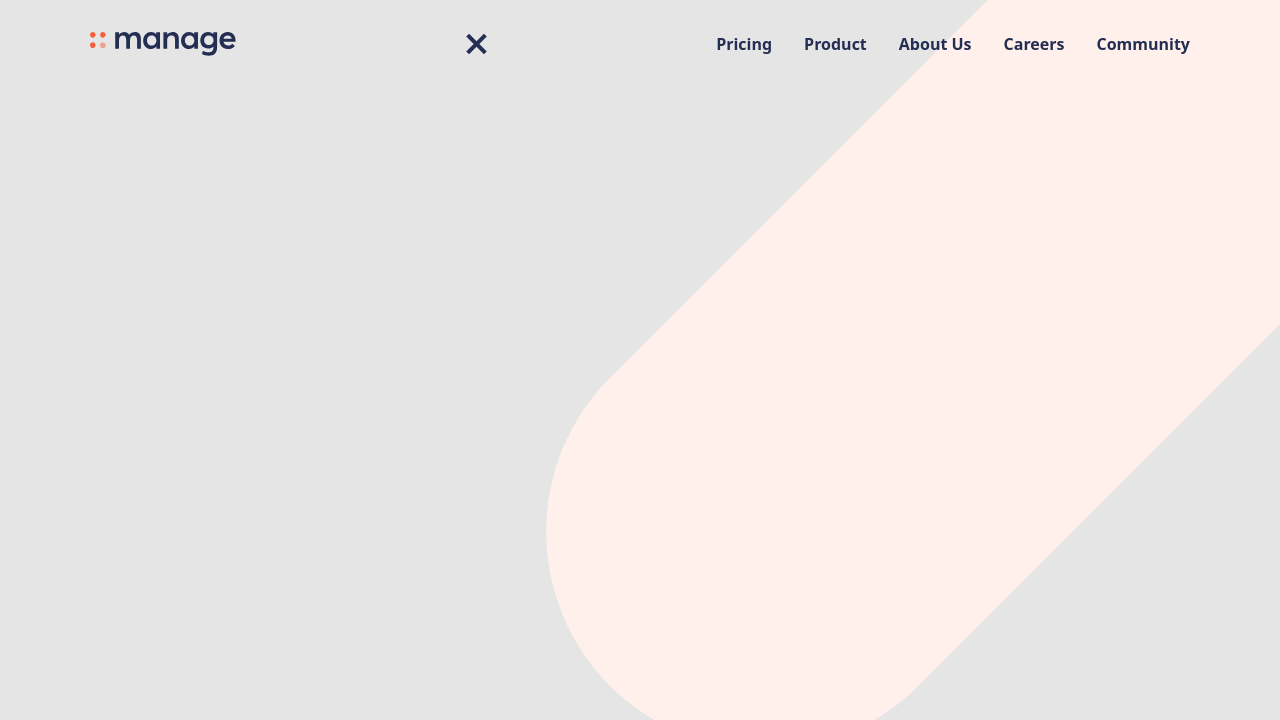
Repository: aqib-01/manage-landing-page
Page: /, after clicking the first element matching `button.ham-btn`
An editor plug-in stored every save of this project. The page is shown before and after a run of saves, followed by the edit.
The browser window is 1280 px wide. The pictures show the whole page.
The project was rebuilt for these pictures with package versions that can differ from the ones it lists, and the page was loaded fresh each time.

Above is the page before, as saved 2022-05-12 19:09:35.

### public/index.html
<!DOCTYPE html>
<html lang="en">
  <head>
    <meta charset="utf-8" />
    <link rel="icon" href="%PUBLIC_URL%/favicon.ico" />
    <meta name="viewport" content="width=device-width, initial-scale=1" />
    <meta name="theme-color" content="#000000" />
    <meta name="description" content="Manage Landing Page" />
    <link rel="apple-touch-icon" href="%PUBLIC_URL%/logo192.png" />

    <link rel="manifest" href="%PUBLIC_URL%/manifest.json" />

    <title>Manage Landing Page</title>
  </head>
  <body>
    <noscript>You need to enable JavaScript to run this app.</noscript>
    <div id="root"></div>
  </body>
</html>

### src/index.js
import React from "react";
import ReactDOM from "react-dom";
import "./css/tailwind.css";
import "./css/style.css";
import App from "./App";

ReactDOM.render(
  <React.StrictMode>
    <App />
  </React.StrictMode>,
  document.getElementById("root")
);

### src/css/style.css
.wrapper {
  width: 90%;
  max-width: 1100px;
  @apply mx-auto;
}

img {
  max-width: 100%;
}

html,
body {
  overflow-x: hidden;
}

body {
  position: relative;
}

.nav-intro-sect {
  background-image: url(../../public/images/bg-tablet-pattern.svg);
  background-repeat: no-repeat;
  background-size: contain;
  background-position: top -70px right -80px;
}

@media (min-width: 768px) {
  .nav-intro-sect {
    background-position: top -20px right -60px;
  }
}

nav {
  @apply bg-white absolute top-full  rounded-md text-lg
  font-bold left-0 right-0 mx-5 xs:mx-7 sm:mx-16 md:m-0 overflow-hidden
   text-dark-blue h-0 md:relative md:inset-auto md:overflow-visible
   md:bg-transparent md:text-base  z-30;
}

nav ul {
  @apply py-10 px-8 flex flex-col items-center gap-5 md:gap-8 md:flex-row md:p-0;
}

nav li a {
  @apply hover:opacity-50;
}

.get-start-btn {
  @apply font-bold  bg-bright-red px-7 py-3 rounded-full
  text-white hover:opacity-70;
  -webkit-box-shadow: 0 3px 8px rgba(0, 0, 0, 0.493);
          box-shadow: 0 3px 8px rgba(0, 0, 0, 0.493);
}

.get-start-btn-white {
  @apply font-bold  bg-white px-7 py-3 rounded-full
  text-bright-red hover:bg-very-pale-red;
}

.what-diff-head {
  position: relative;
  @apply flex items-stretch;
}

.what-diff-head::before {
  content: "";
  position: absolute;
  inset: 0;
  @apply bg-very-pale-red -z-10 rounded-full -right-full md:content-none;
}

.what-diff-head span {
  @apply bg-bright-red text-white px-6 rounded-full py-1.5 mr-3
    flex items-center;
}

.what-diff-head h4 {
  @apply font-semibold text-dark-blue flex items-center sm:text-lg md:text-xl;
}

.what-diff-desc {
  @apply text-dark-grayish-blue mt-5 md:mt-2 md:ml-20 text-sm sm:text-base;
}

.swiper-wrapper {
  -webkit-box-align: stretch !important;
      -ms-flex-align: stretch !important;
          align-items: stretch !important;
}

.swiper-wrapper .swiper-slide {
  height: auto;
}

.swiper-pagination-bullet {
  width: 10px !important;
  background-color: transparent !important;
  height: 10px !important;
  border: 2px solid #f25f3a !important;
}

.swiper-pagination-bullet-active {
  background-color: #f25f3a !important;
}

.simplify-sect {
  @apply bg-bright-red py-20;
  background-image: url(../../public/images/bg-simplify-section-mobile.svg);
  background-repeat: no-repeat;
}

@media (min-width: 768px) {
  .simplify-sect {
    background-image: url(../../public/images/bg-simplify-section-desktop.svg);
  }
}

.simplify-sect h2 {
  @apply text-4xl text-white font-semibold text-center
     md:text-left;
}

.simplify-sect button {
  @apply block mt-10 mx-auto md:m-0;
}

.footer-nav {
  @apply flex flex-col gap-3;
}

.footer-nav li a {
  @apply text-very-light-gray font-semibold hover:underline hover:opacity-50;
}

.social-links li button {
  @apply hover:opacity-50;
}

.social-links li button img {
  width: 25px;
}
/*# sourceMappingURL=style.css.map */

### src/App.js
import React from "react";
import Nav from "./components/Nav";

const App = () => {
  return (
    <>
      <Nav />
    </>
  );
};

export default App;

### src/components/Nav.js
import React, { useEffect, useState } from "react";
import gsap from "gsap";
import { ScrollTrigger } from "gsap/ScrollTrigger";
gsap.registerPlugin(ScrollTrigger);
const Nav = () => {
  const [isNavOpen, setIsNavOpen] = useState(false);
  const toggleNav = () => {
    setIsNavOpen(!isNavOpen);
  };
  useEffect(() => {
    let navShowEl = document.querySelector(".nav-show");
    let navHideEl = document.querySelector(".nav-hide");
    if (navShowEl) {
      gsap.to(navShowEl, {
        height: "auto",
        ease: "power",
      });
    }
    if (navHideEl) {
      gsap.to(navHideEl, {
        height: 0,
        duration: 0.2,
      });
    }
  }, [isNavOpen]);
  return (
    <>
      {isNavOpen && (
        <div className="bg-black fixed inset-0 bg-opacity-10"></div>
      )}

        <img className="fixed -right-20 -top-16" src="images/bg-tablet-pattern.svg" alt="" />

      <header className=" ">
        <div className="wrapper py-8 relative">
          <div className="flex items-center justify-between">
            <div className="logo-main relative z-20">
              <img src="images/logo.svg" alt="Main Logo" />
            </div>
            <button className="ham-btn relative z-20 " onClick={toggleNav}>
              <img
                src={
                  isNavOpen
                    ? "images/icon-close.svg"
                    : "images/icon-hamburger.svg"
                }
                alt="Hamburger Icon"
              />
            </button>
            <nav className={isNavOpen ? "nav-show" : "nav-hide"}>
              <ul>
                <li>
                  <a href="#">Pricing</a>
                </li>
                <li>
                  <a href="#">Product</a>
                </li>
                <li>
                  <a href="#">About Us</a>
                </li>
                <li>
                  <a href="#">Careers</a>
                </li>
                <li>
                  <a href="#">Community</a>
                </li>
              </ul>
            </nav>
          </div>
        </div>
      </header>
    </>
  );
};

export default Nav;

### tailwind.config.js
module.exports = {
  content: ["./src/**/*.{js,jsx,ts,tsx}"],
  theme: {
    screens: {
      xs: "380px",
      sm: "640px",

      md: "768px",

      lg: "1024px",

      xl: "1280px",

      "2xl": "1536px",
    },
    extend: {
      colors: {
        "bright-red": "hsl(12, 88%, 59%)",
        "dark-blue": "hsl(228, 39%, 23%)",
        "dark-grayish-blue": "hsl(227, 12%, 61%)",
        "very-dark-blue": "hsl(233, 12%, 13%)",
        "very-pale-red": "hsl(13, 100%, 96%)",
        "very-light-gray": "hsl(0, 0%, 98%)",
      },
    },
  },
  plugins: [],
};

Loaded but not shown: src/css/tailwind.css (common file)

After the next 2 saves:
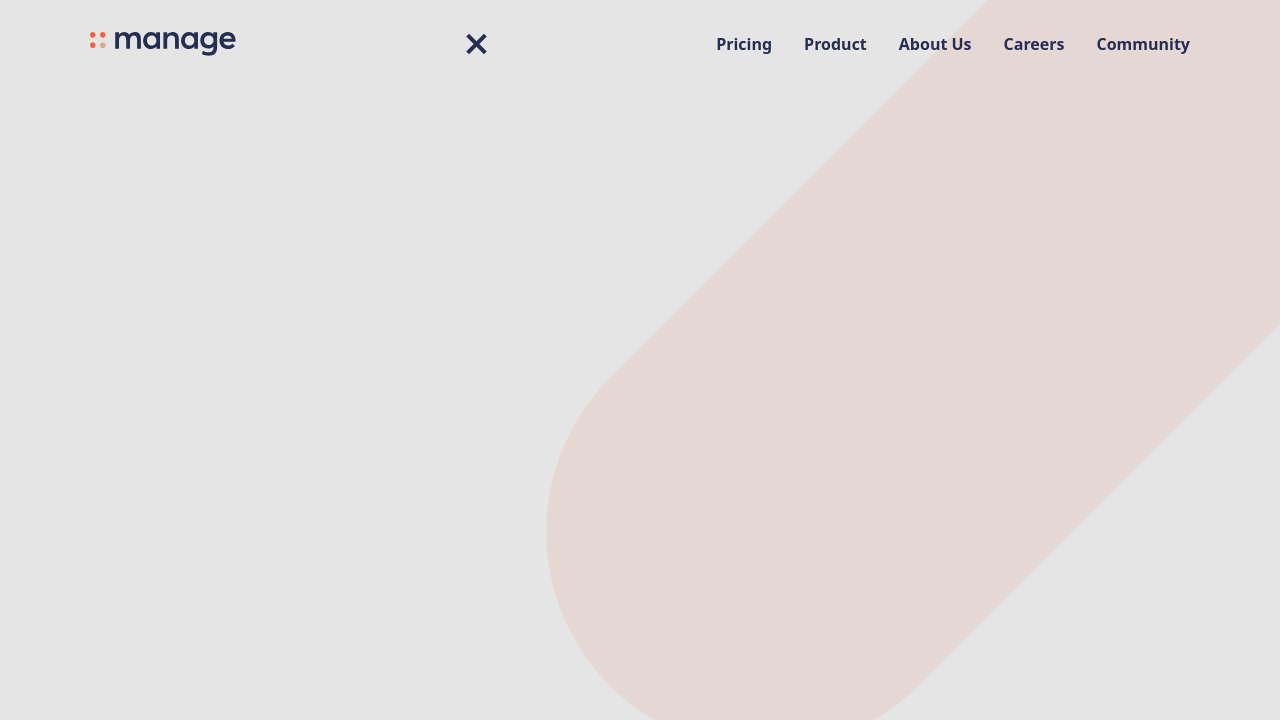
The 2 saves are shown as one change because they came seconds apart.
The last was saved 10 s later.
--- a/src/components/Nav.js
+++ b/src/components/Nav.js
@@ -29,7 +29,11 @@
         <div className="bg-black fixed inset-0 bg-opacity-10"></div>
       )}
 
-        <img className="fixed -right-20 -top-16" src="images/bg-tablet-pattern.svg" alt="" />
+      <img
+        className="fixed -right-20 -top-16 -z-20"
+        src="images/bg-tablet-pattern.svg"
+        alt=""
+      />
 
       <header className=" ">
         <div className="wrapper py-8 relative">
